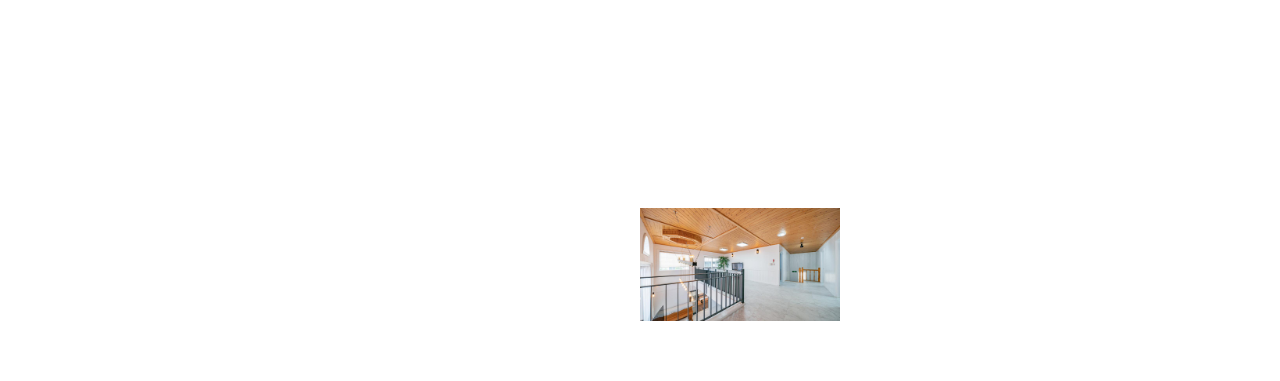
Repository: balsohn/adminshop
Page: http://localhost/jquery/0805/slide.jsp
The author's editor kept a copy of each file at every save. The page is drawn from the files as they stood at one save, then again after the next save.
The browser window is 1280 px wide. The pictures show the whole page.
The page is served by Tomcat 9.

Above is the page before, as saved 2024-08-23 04:01:00.

### work/jquery/src/main/webapp/0805/slide.jsp
<%@ page language="java" contentType="text/html; charset=UTF-8"
    pageEncoding="UTF-8"%>
<!DOCTYPE html>
<html>
<head>
<meta charset="UTF-8">
<title>Insert title here</title>
<script src="https://code.jquery.com/jquery-latest.js"></script>
<script>
	$(function() {
		$
	})
</script>
<style>
	section {position:relative; left:50%; top:200px; width:200px; height:113px; overflow: hidden; display:flex;}
	img {width:200px; height: auto;}
</style>
</head>
<body>
	<section>
		<img src="1-1.jpg">
		<img src="1-2.jpg">
		<img src="1-3.jpg">
		<img src="1-4.jpg">
		<img src="1-5.jpg">
		<img src="1-6.jpg">
		<img src="1-7.jpg">
	</section>
</body>
</html>

After the next save:
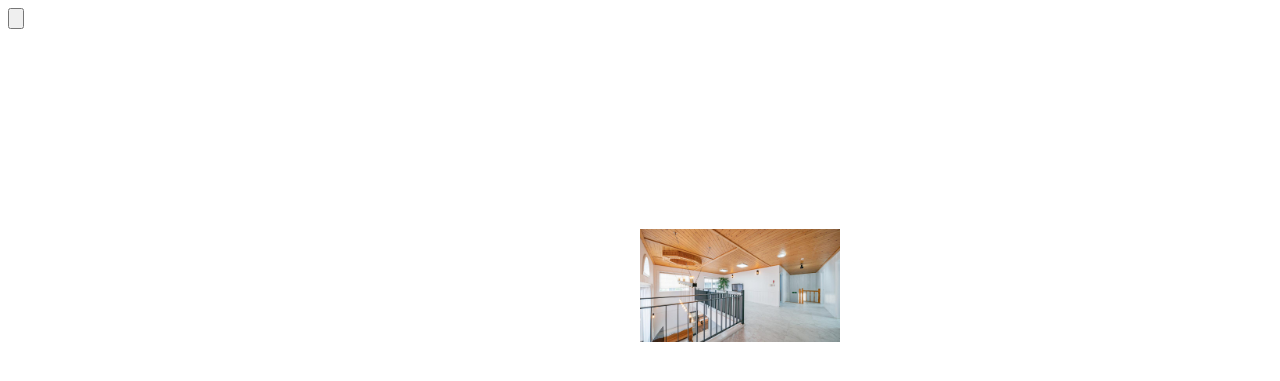
Saved 12 s later.
--- a/work/jquery/src/main/webapp/0805/slide.jsp
+++ b/work/jquery/src/main/webapp/0805/slide.jsp
@@ -17,6 +17,7 @@
 </style>
 </head>
 <body>
+<input type="button" id="btn1">
 	<section>
 		<img src="1-1.jpg">
 		<img src="1-2.jpg">
